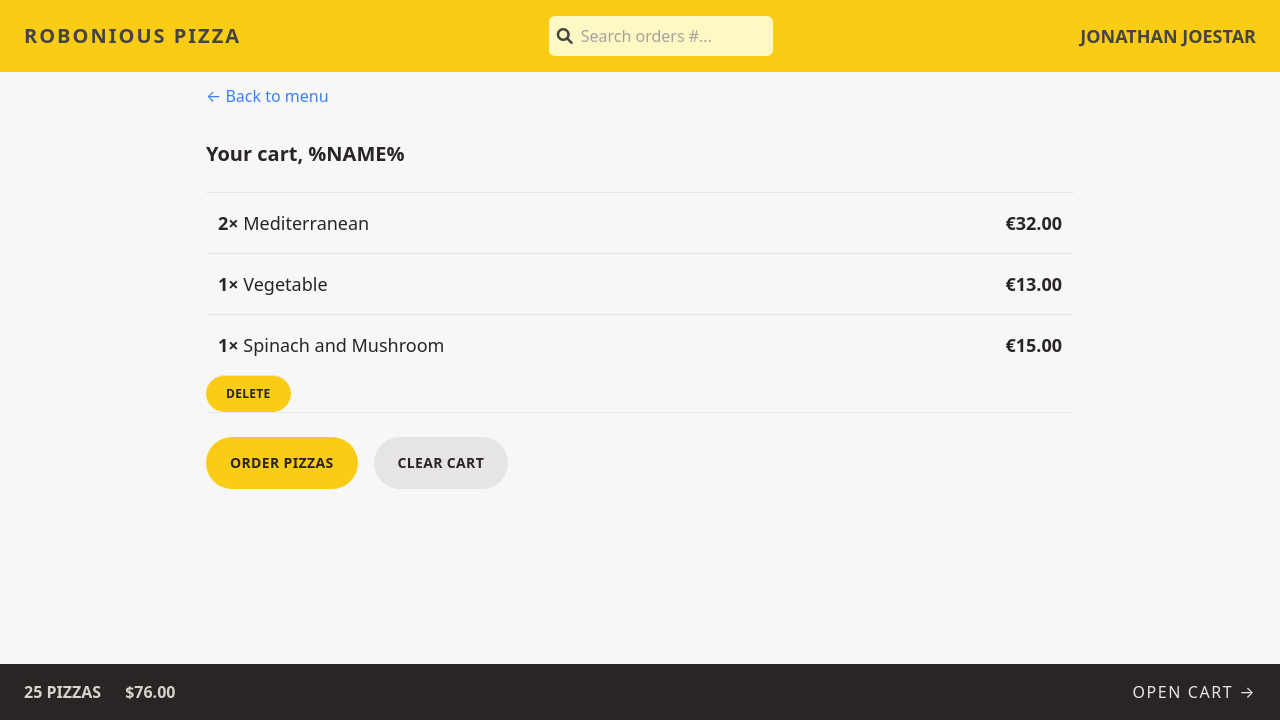
Repository: Alexro04/fast-food
Page: /cart (app in fast-food/)
These files come from the project's save history. The page is drawn as it stood at one moment and after the next save; the edit follows.
The browser window is 1280 px wide. The pictures show the whole page.
The project was rebuilt for these pictures with package versions that can differ from the ones it lists, and the page was loaded fresh each time. Also part of the build but not shown: fast-food/vite.config.js, fast-food/src/features/user/CreateUser.jsx, fast-food/src/ui/Home.jsx, fast-food/src/ui/Loading.jsx, fast-food/src/utils/apiRestaurant.js, fast-food/src/features/order/OrderItem.jsx, fast-food/src/features/order/Order.jsx, fast-food/src/features/menu/MenuItem.jsx and 3 more.

Above is the page before, as saved 2025-03-14 06:58:49.

### fast-food/index.html
<!doctype html>
<html lang="en">
  <head>
    <meta charset="UTF-8" />
    <link rel="icon" type="image/svg+xml" href="/vite.svg" />
    <link
      rel="stylesheet"
      href="https://cdnjs.cloudflare.com/ajax/libs/font-awesome/6.0.0-beta3/css/all.min.css"
    />
    <meta name="viewport" content="width=device-width, initial-scale=1.0" />
    <title>Vite + React</title>
  </head>
  <body>
    <div id="root"></div>
    <script type="module" src="/src/main.jsx"></script>
  </body>
</html>

### fast-food/src/index.css
@tailwind base;
@tailwind components;
@tailwind utilities;
@layer components {
  .input {
    @apply rounded-full border border-stone-200 px-4 py-2 transition-all duration-300 focus:outline-none focus:ring focus:ring-yellow-300 md:px-6 md:py-3;
  }
}

body {
  font-family:
    system-ui,
    -apple-system,
    BlinkMacSystemFont,
    "Segoe UI",
    Roboto,
    Oxygen,
    Ubuntu,
    Cantarell,
    "Open Sans",
    "Helvetica Neue",
    sans-serif;
  background-color: #f7f7f7;
  color: #444;
}

.layout {
  display: grid;
  grid-template-rows: auto 1fr auto;
  gap: 32px;
  height: 100dvh;
}

/* https://dev.to/afif/i-made-100-css-loaders-for-your-next-project-4eje */
.loader {
  width: 45px;
  aspect-ratio: 0.75;
  --c: no-repeat linear-gradient(#333 0 0);
  background:
    var(--c) 0% 50%,
    var(--c) 50% 50%,
    var(--c) 100% 50%;
  background-size: 20% 50%;
  animation: loading 1s infinite linear;
}

@keyframes loading {
  20% {
    background-position:
      0% 0%,
      50% 50%,
      100% 50%;
  }
  40% {
    background-position:
      0% 100%,
      50% 0%,
      100% 50%;
  }
  60% {
    background-position:
      0% 50%,
      50% 100%,
      100% 0%;
  }
  80% {
    background-position:
      0% 50%,
      50% 50%,
      100% 100%;
  }
}

### fast-food/src/App.jsx
import { createBrowserRouter, RouterProvider } from "react-router-dom"
import Home from "./ui/Home"
import AppLayout from "./ui/AppLayout"
import Cart from './features/cart/Cart'
import Order, { loader as orderLoader } from './features/order/Order'
import Menu, { loader as menuLoader } from './features/menu/Menu'
import Error from './ui/Error'
import CreateOrder, { action as createOrderAction } from "./features/order/CreateOrder"

function App() {
  const router = createBrowserRouter([
    {
      element: <AppLayout />,
      errorElement: <Error />,
      children: [
        {
          path: '/',
          element: <Home />
        },
        {
          path: '/cart',
          element: <Cart />
        },
        {
          path: '/order/:orderId',
          element: <Order />,
          loader: orderLoader,
          errorElement: <Error />
        },
        {
          path: '/order/new',
          element: <CreateOrder />,
          action: createOrderAction
        },
        {
          path: '/menu',
          element: <Menu />,
          loader: menuLoader,
          errorElement: <Error />
        },
      ]
    }
  ])

  return (
    <RouterProvider router={router} />
  )
}

export default App

### fast-food/src/ui/AppLayout.jsx
import { Outlet, useNavigation } from "react-router-dom";
import Header from "./Header";
import Loading from "./Loading";
import Footer from "./Footer";

export default function AppLayout() {
  const navigation = useNavigation();
  const isLoading = navigation.state === "loading";

  return (
    <div className="grid h-screen grid-rows-[auto_1fr_auto]">
      {isLoading && <Loading />}
      <Header />
      <main className="flex overflow-y-scroll">
        <div className="mx-auto w-full max-w-[900px]">
          <Outlet />
        </div>
      </main>
      <Footer />
    </div>
  );
}

### fast-food/src/features/cart/Cart.jsx
import { Link } from "react-router-dom";
import Button from "../../ui/Button";
import CartItem from "./CartItem";

const fakeCart = [
  {
    pizzaId: 12,
    name: "Mediterranean",
    quantity: 2,
    unitPrice: 16,
    totalPrice: 32,
  },
  {
    pizzaId: 6,
    name: "Vegetable",
    quantity: 1,
    unitPrice: 13,
    totalPrice: 13,
  },
  {
    pizzaId: 11,
    name: "Spinach and Mushroom",
    quantity: 1,
    unitPrice: 15,
    totalPrice: 15,
  },
];

function Cart() {
  const cart = fakeCart;

  return (
    <div className="px-4 py-3 text-stone-800">
      <Link to="/menu" className="text-blue-500" font-semibold>
        &larr; Back to menu
      </Link>

      <h2 className="mt-8 text-xl font-semibold">Your cart, %NAME%</h2>
      <ul className="my-6 divide-y divide-stone-200 border-y">
        {cart.map((item) => (
          <CartItem item={item} />
        ))}
        <Button type="small">delete</Button>
      </ul>
      <div className="space-x-4">
        <Button type="primary" to="/order/new">
          Order pizzas
        </Button>
        <Button type="secondary">Clear cart</Button>
      </div>
    </div>
  );
}

export default Cart;

### fast-food/src/ui/Header.jsx
import { Link } from "react-router-dom";
import Search from "./Search";

function Header() {
  return (
    <header className="flex items-center justify-between bg-yellow-400 px-3 py-4 sm:px-6">
      <Link
        to="/"
        className="whitespace-nowrap text-lg font-semibold uppercase tracking-wider sm:tracking-widest md:text-xl"
      >
        Robonious Pizza
      </Link>
      <Search />
      <p className="hidden text-base font-semibold uppercase sm:block md:text-lg">
        Jonathan Joestar
      </p>
    </header>
  );
}

export default Header;

### fast-food/src/ui/Footer.jsx
import { Link } from "react-router-dom";

function Footer() {
  return (
    <div className="flex justify-between bg-stone-800 px-3 py-4 text-sm uppercase text-stone-200 sm:px-6 md:text-base">
      <p className="space-x-2 font-semibold text-stone-300 sm:space-x-6">
        <span>25 pizzas</span>
        <span>$76.00</span>
      </p>
      <Link to="/cart" className="tracking-widest">
        open cart &rarr;
      </Link>
    </div>
  );
}

export default Footer;

### fast-food/src/ui/Button.jsx
import React from "react";
import { Link } from "react-router-dom";

function Button({ children, disabled, type, to }) {
  const base =
    "inline-block tracking-wide disabled:cursor-not-allowed rounded-full transition-colors duration-300 font-semibold uppercase focus:outline-none focus:ring-2 focus:ring-offset-2 ";

  const base_primary =
    base +
    "bg-yellow-400 text-stone-800 hover:bg-yellow-300 focus:bg-yellow-300 focus:ring-yellow-300 ";

  const base_secondary =
    base +
    "bg-stone-200 text-stone-800 hover:bg-stone-800 hover:text-stone-200 focus:bg-stone-800 focus:text-stone-200 focus:ring-stone-800 ";

  const style = {
    primary: base_primary + "px-4 py-3 text-sm md:px-6 md:py-4",
    secondary: base_secondary + "px-4 py-3 text-sm md:px-6 md:py-4",
    small: base_primary + "px-4 py-2 text-xs md:px-5 md:py-2.5",
  };

  if (to)
    return (
      <Link to={to} className={style[type]}>
        {children}
      </Link>
    );

  return (
    <button disabled={disabled} className={style[type]}>
      {children}
    </button>
  );
}

export default Button;

### fast-food/src/features/cart/CartItem.jsx
import { formatCurrency } from "../../utils/helpers";

function CartItem({ item }) {
  const { pizzaId, name, quantity, totalPrice } = item;

  return (
    <li className="flex items-center justify-between px-2 py-3 sm:px-3 sm:py-4 sm:text-lg">
      <p>
        <span className="font-semibold">{quantity}&times;</span> {name}
      </p>
      <div className="font-semibold">
        <p>{formatCurrency(totalPrice)}</p>
      </div>
    </li>
  );
}

export default CartItem;

### fast-food/src/ui/Search.jsx
import { useState } from "react";
import { useNavigate } from "react-router-dom";

function Search() {
  const [query, setQuery] = useState("");
  const navigate = useNavigate();

  function handleSubmit(e) {
    e.preventDefault();
    if (!query) return;
    navigate(`/order/${query}`);
    setQuery("");
  }

  return (
    <form onSubmit={handleSubmit} className="relative flex items-center">
      <i class="fas fa-search absolute left-2"></i>
      <input
        type="text"
        value={query}
        onChange={(e) => setQuery(e.target.value)}
        placeholder="Search orders #..."
        className="duration- rounded-md bg-yellow-100 py-2 pl-8 pr-4 transition-all placeholder:text-stone-400 focus:outline-none focus:ring focus:ring-yellow-500 focus:ring-opacity-50 sm:w-56 sm:focus:w-72 sm:focus:ring"
      />
    </form>
  );
}

export default Search;

Loaded but not shown: fast-food/src/main.jsx (common file); fast-food/src/utils/helpers.js (common file); fast-food/tailwind.config.js (common file)

After the next save:
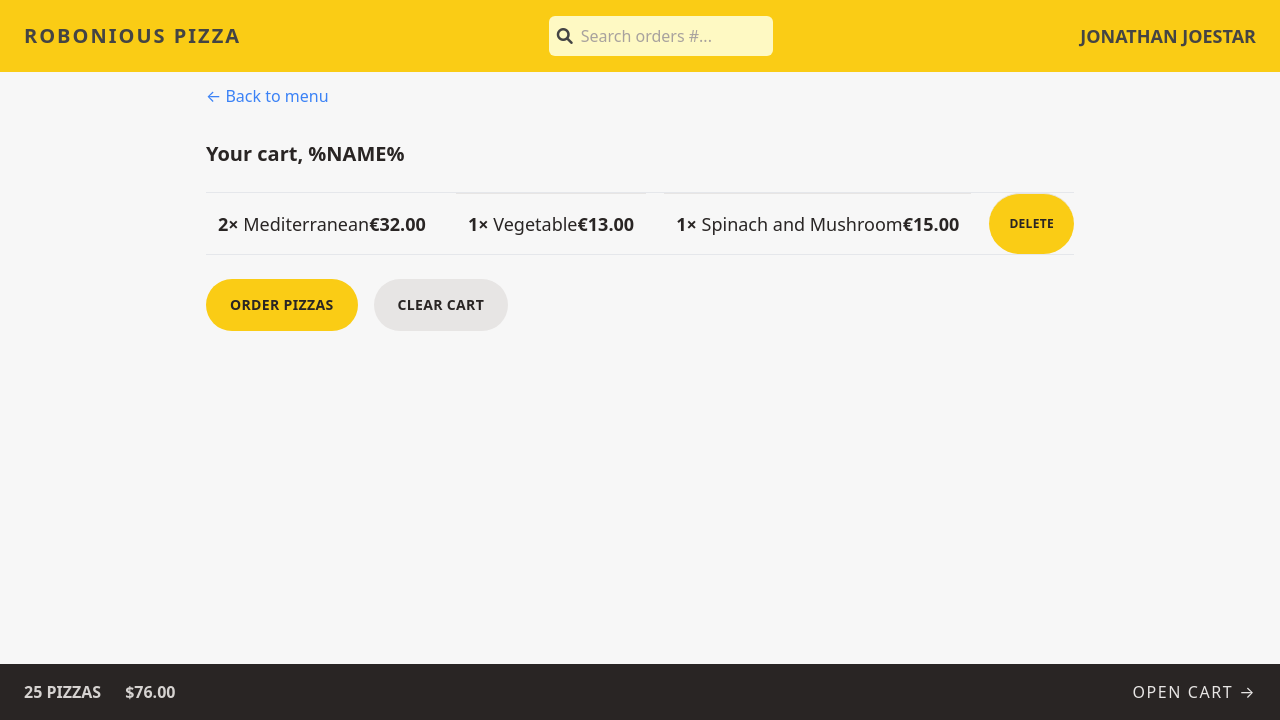
Saved 6 min 26 s later.
--- a/fast-food/src/features/cart/Cart.jsx
+++ b/fast-food/src/features/cart/Cart.jsx
@@ -36,7 +36,7 @@ function Cart() {
       </Link>
 
       <h2 className="mt-8 text-xl font-semibold">Your cart, %NAME%</h2>
-      <ul className="my-6 divide-y divide-stone-200 border-y">
+      <ul className="my-6 flex justify-between divide-y divide-stone-200 border-y">
         {cart.map((item) => (
           <CartItem item={item} />
         ))}
